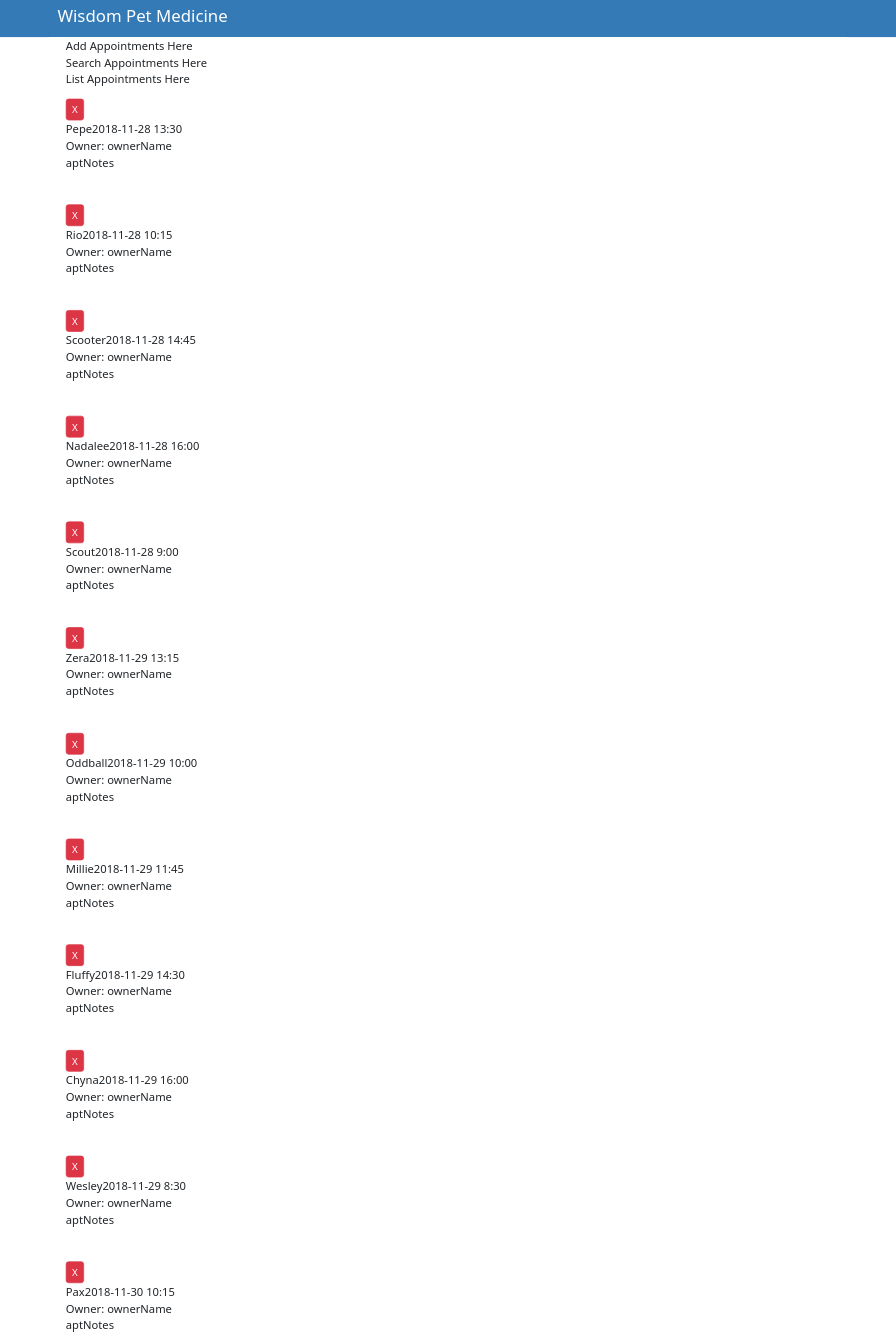
Repository: DevLuDaley/reactinterface
Page: /
An editor plug-in stored every save of this project. The page is shown before and after the next save, followed by the edit.
The browser window is 1280 px wide. The pictures show the part of the page from y = 0 to 1920 px (the page is 3954 px tall), at 70% of full size.
The project was rebuilt for these pictures with package versions that can differ from the ones it lists, and the page was loaded fresh each time. Also part of the build but not shown: src/css/App.css.

Above is the page before, as saved 2021-02-04 18:10:32.

### public/index.html
<!DOCTYPE html>
<html lang="en">
  <head>
    <meta charset="utf-8" />
    <link rel="icon" href="%PUBLIC_URL%/favicon.ico" />
    <meta name="viewport" content="width=device-width, initial-scale=1" />
    <meta name="theme-color" content="#000000" />
    <meta
      name="description"
      content="Web site created using create-react-app"
    />
    <link rel="apple-touch-icon" href="%PUBLIC_URL%/logo192.png" />
    <!--
      manifest.json provides metadata used when your web app is installed on a
      user's mobile device or desktop. See https://developers.google.com/web/fundamentals/web-app-manifest/
    -->
    <link rel="manifest" href="%PUBLIC_URL%/manifest.json" />
    <!--
      Notice the use of %PUBLIC_URL% in the tags above.
      It will be replaced with the URL of the `public` folder during the build.
      Only files inside the `public` folder can be referenced from the HTML.

      Unlike "/favicon.ico" or "favicon.ico", "%PUBLIC_URL%/favicon.ico" will
      work correctly both with client-side routing and a non-root public URL.
      Learn how to configure a non-root public URL by running `npm run build`.
    -->
    <title>React App</title>
  </head>
  <body>
    <noscript>You need to enable JavaScript to run this app.</noscript>
    <header class="container text-white">
      <h4 class="py-2">Wisdom Pet Medicine</h4>
    </header>

    <div id="root"></div>

    <footer class="container d-flex text-white py-2">
      <p>
        All contents &copy; 2018
        <a href="https://www.linkedin.com/learning">LinkedIn Learning</a>. All
        rights reserved.
      </p>
      <div class="ml-auto">
        <a class="d-block text-white" href="#">Terms of use</a>
        <a class="d-block text-white" href="#">Privacy policy</a>
      </div>
      <!-- col-md-6 -->
    </footer>
    <!-- footer -->
  </body>
</html>

### src/index.js
import React from 'react';
import ReactDOM from 'react-dom';
import 'bootstrap/dist/css/bootstrap.css'
import './css/index.css';
import App from './components/App';
import reportWebVitals from './reportWebVitals';
// import * as serviceWorker from './serviceWorker';
import 'jquery/dist/jquery'
import 'popper.js/dist/umd/popper'
import 'bootstrap/dist/js/bootstrap'

ReactDOM.render(
  <React.StrictMode>
    <App />
  </React.StrictMode>,
  document.getElementById('root')
);

// If you want to start measuring performance in your app, pass a function
// to log results (for example: reportWebVitals(console.log))
// or send to an analytics endpoint. Learn more: https://bit.ly/CRA-vitals
// serviceWorker.unregister()
reportWebVitals();

### src/components/App.js
import React, { Component } from 'react'
import '../css/App.css';
import AddAppointments from './AddAppointments';
import SearchAppointments from './SearchAppointments';
import ListAppointments from './ListAppointments';

class App extends Component {
  constructor(props) {
    super(props);
    this.state = {
      // myName: 'LH',
      authorized: true,
      myAppointments: []
     }
  }
  componentDidMount() {
    fetch('./data.json')
    .then(response => response.json())
    .then(result => {
      const apts = result.map(item => {
        return item;
      })
      this.setState({
        myAppointments: apts
      })
    })
  }

  render() {
    // const listItems = this.state.myAppointments.map(item => (
    //   <div>
    //     <div>
    //       {item.petName}
    //     </div>
    //       <div>{item.ownerName}</div>
    //   </div>
    // ))
    return (
      // <div className="App">
            <main className="page bg-white" id="petratings">
        <div className="container">
          <div className="row">
            <div className="col-md-12 bg-white">
              <div className="container">
              {/* { this.state.myName} */}
              {/* { listItems } */}
                <div> <AddAppointments /> </div>
                <div> <SearchAppointments authorized={true}/> </div>
                <div> <ListAppointments appointments={this.state.myAppointments} /> </div>
              </div>
            </div>
          </div>
        </div>
      </main>
    // </div>
      );
  }
}

export default App;

### src/components/AddAppointments.js
import React, { Component } from 'react'

class AddAppointments extends Component {
    constructor(props) {
        super(props);
        this.state = {  }
    }
    render() {
        return (
            <div>
                Add Appointments Here
            </div>
         );
    }
}

export default AddAppointments;

### src/components/SearchAppointments.js
import React, { Component } from 'react'
class SearchAppointments extends Component {
    constructor(props) {
        super(props);
        this.state = {  }
    }
    render() {
        return (
        <div>
            Search Appointments Here
        </div>
        );
    }
}

export default SearchAppointments;

### src/components/ListAppointments.js
import React, { Component } from 'react'

class ListAppointments extends Component {
    constructor(props) {
        super(props);
        this.state = {  }
    }
    render() {
    //   const listItems = this.state.myAppointments.map(item => (
      const listItems = this.props.appointments.map(item => (
            <div>
                <div>
                {item.petName} -- {item.ownerName}</div>
            </div>
    ))



        return (
        <div>
            List Appointments Here
            {/* {listItems} */}
            {this.props.appointments.map(item => (
                <div className="appointment-list item-list mb-3">
          <div className="pet-item col media py-3">
            <div className="mr-3">
              <button className="pet-delete btn btn-sm btn-danger">X</button>
            </div>

            <div className="pet-info media-body">
              <div className="pet-head d-flex">
                <span className="pet-name">{item.petName}</span>
                <span className="apt-date ml-auto">{item.aptDate}</span>
              </div>

              <div className="owner-name">
                <span className="label-item">Owner: </span>
                <span>ownerName</span>
              </div>
              <div className="apt-notes">aptNotes</div>
            </div>
          </div>
      </div>
            ))}

        </div>
        );
    }
}
export default ListAppointments;

### public/data.json
[
  {
    "petName": "Pepe",
    "ownerName": "Reggie Tupp",
    "aptNotes": "It's time for this rabbit's post spaying surgery checkup",
    "aptDate": "2018-11-28 13:30"
  },
  {
    "petName": "Rio",
    "ownerName": "Philip Ransu",
    "aptNotes": "Rio is up for his next round of vaccinations",
    "aptDate": "2018-11-28 10:15"
  },
  {
    "petName": "Scooter",
    "ownerName": "Zachary Heilyn",
    "aptNotes": "Scooter has been pawing at his ear and may have an ear infection",
    "aptDate": "2018-11-28 14:45"
  },
  {
    "petName": "Nadalee",
    "ownerName": "Krystle Valerija",
    "aptNotes": "This dog is coming in for his monthly nail trim and grooming",
    "aptDate": "2018-11-28 16:00"
  },
  {
    "petName": "Scout",
    "ownerName": "Nicolette Bardeau",
    "aptNotes": "This dog is coming in for his annual checkup and vaccinations",
    "aptDate": "2018-11-28 9:00"
  },
  {
    "petName": "Zera",
    "ownerName": "Austin Finnagan",
    "aptNotes": "This iguana's is showing signs of dementia associated with his old age",
    "aptDate": "2018-11-29 13:15"
  },
  {
    "petName": "Oddball",
    "ownerName": "Howie Cadell",
    "aptNotes": "Oddball has a hard lump on right front foot",
    "aptDate": "2018-11-29 10:00"
  },
  {
    "petName": "Millie",
    "ownerName": "Freya Terray",
    "aptNotes": "MIllie has exhibited signs of an upset stomach and is not eating regularly",
    "aptDate": "2018-11-29 11:45"
  },
  {
    "petName": "Fluffy",
    "ownerName": "Tracy Westbay",
    "aptNotes": "Fluffy has some matted hair that needs to be groomed",
    "aptDate": "2018-11-29 14:30"
  },
  {
    "petName": "Chyna",
    "ownerName": "Sandie Gobnet",
    "aptNotes": "This turtle is coming in for a checkup and to be tested for Salmonella",
    "aptDate": "2018-11-29 16:00"
  },
  {
    "petName": "Wesley",
    "ownerName": "Nathan Cayden",
    "aptNotes": "This dog is returning for his next heartworm treatment visit",
    "aptDate": "2018-11-29 8:30"
  },
  {
    "petName": "Pax",
    "ownerName": "Sarah Greer",
    "aptNotes": "This senior dog has been sluggish and showing lethargic behavior",
    "aptDate": "2018-11-30 10:15"
  },
  {
    "petName": "Squiggles",
    "ownerName": "Madisyn Roope",
    "aptNotes": "Squiggles is due for her annual checkup and vaccinations",
    "aptDate": "2018-11-30 11:30"
  },
  {
    "petName": "Lucky",
    "ownerName": "Lisa Choy-Wu",
    "aptNotes": "This cat has tartar buildup and her owner would like his teeth cleaned",
    "aptDate": "2018-11-30 14:30"
  },
  {
    "petName": "Bailey",
    "ownerName": "Leslie Richardson",
    "aptNotes": "This cat is suffering from hotspots and dermatitis",
    "aptDate": "2018-11-30 15:45"
  },
  {
    "petName": "Kiko",
    "ownerName": "Kathlyn Zlata",
    "aptNotes": "Kiko has been exhibiting excessive thirst and weight loss for the past few weeks",
    "aptDate": "2018-11-30 9:00"
  },
  {
    "petName": "Felix",
    "ownerName": "Francine Benet",
    "aptNotes": "Felix's mom is coming in to follow up on  lab work results",
    "aptDate": "2018-12-1 13:00"
  },
  {
    "petName": "Sami",
    "ownerName": "Maggie Rickland",
    "aptNotes": "Sami has had some changes in his bathroom in habits",
    "aptDate": "2018-12-1 10:00"
  },
  {
    "petName": "Cosmo",
    "ownerName": "Jennifer Dawson",
    "aptNotes": "Cosmo's mom would like us to check for arthritic conditions and do a routine checkup",
    "aptDate": "2018-12-1 11:30"
  },
  {
    "petName": "Casper",
    "ownerName": "Dalania Devitto",
    "aptNotes": "This dog is coming in for a nail trim and grooming",
    "aptDate": "2018-12-1 15:15"
  },
  {
    "petName": "Chip",
    "ownerName": "Jason Hemlock",
    "aptNotes": "This fish has a spotty white patch developing on his back ",
    "aptDate": "2018-12-1 8:45"
  },
  {
    "petName": "Tibbs",
    "ownerName": "Shad Cayden",
    "aptNotes": "Tibbs has had an ongoing rash and cold symptoms and we are going to run allergy tests",
    "aptDate": "2018-12-2 13:30"
  },
  {
    "petName": "Stich",
    "ownerName": "Dennis Nicholback",
    "aptNotes": "Stich has been having some stomach issues and is due for his vaccinations",
    "aptDate": "2018-12-2 10:15"
  },
  {
    "petName": "Shadow",
    "ownerName": "Audry Topsy",
    "aptNotes": "This cat has a red swollen eye with a discharge",
    "aptDate": "2018-12-2 15:00"
  },
  {
    "petName": "Nugget",
    "ownerName": "Darla Branson",
    "aptNotes": "This little fish Nugget, has  a rash on his stomach area",
    "aptDate": "2018-12-2 9:00"
  }
]

Loaded but not shown: src/css/index.css (common file); src/reportWebVitals.js (common file)

After the next save:
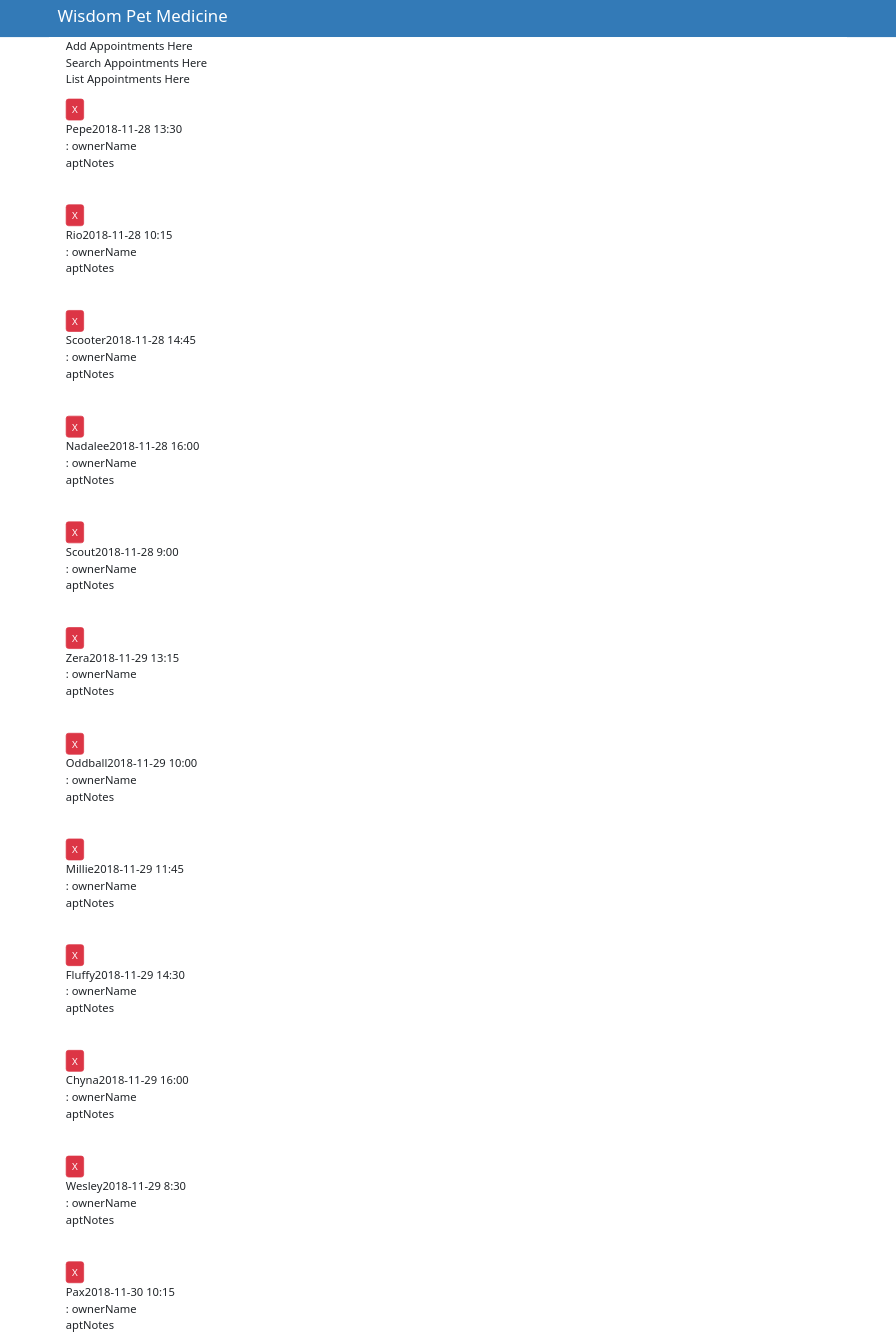
Saved 9 s later.
--- a/src/components/ListAppointments.js
+++ b/src/components/ListAppointments.js
@@ -34,7 +34,7 @@ class ListAppointments extends Component {
               </div>
 
               <div className="owner-name">
-                <span className="label-item">Owner: </span>
+                <span className="label-item">{item.Owner}: </span>
                 <span>ownerName</span>
               </div>
               <div className="apt-notes">aptNotes</div>
